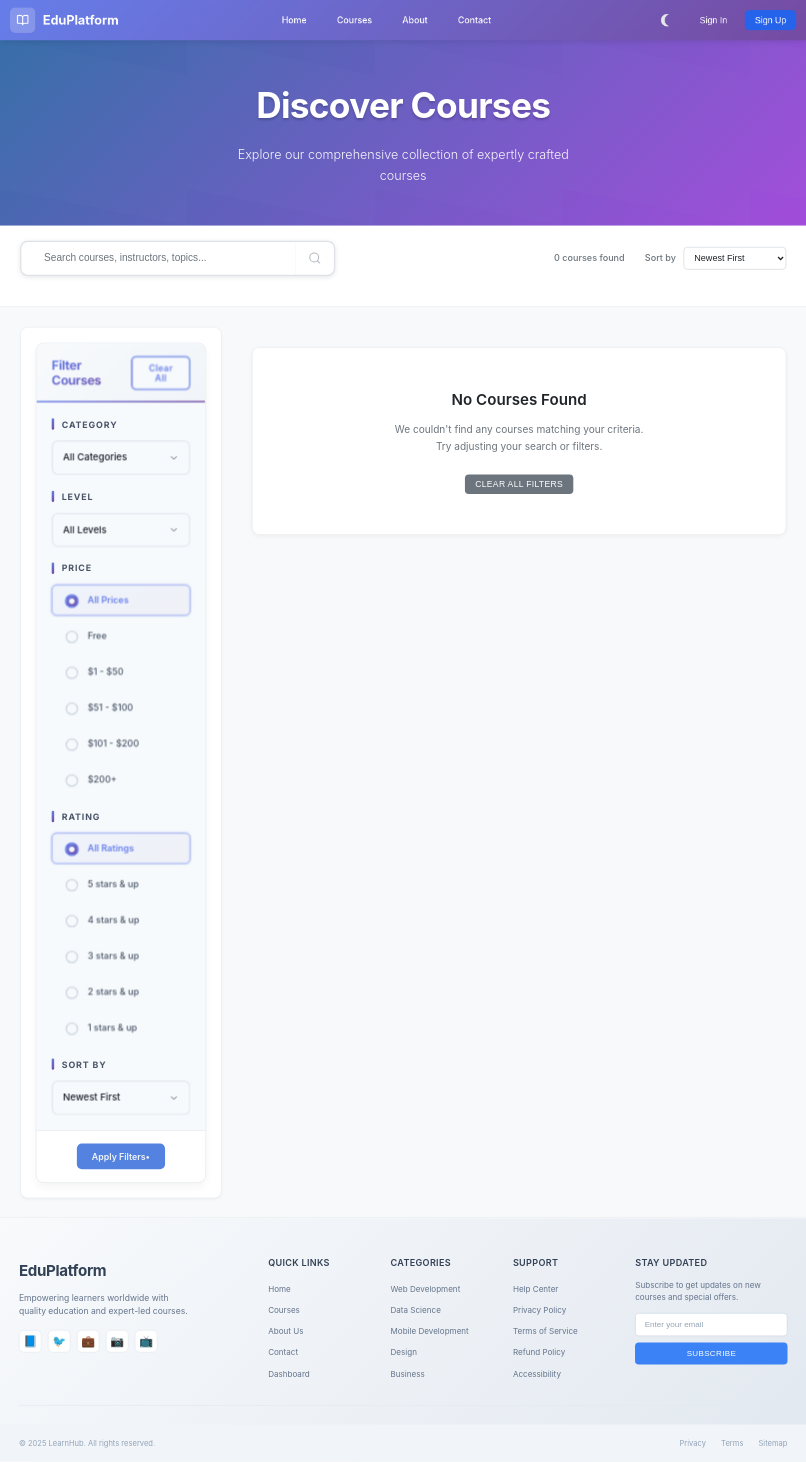
Repository: usama2132/E-Learning
Page: /#/courses (app in client/)
An editor plug-in stored every save of this project. The page is shown before and after the next save, followed by the edit.
The browser window is 1280 px wide. The pictures show the whole page, at 63% of full size.
The page's requests for data from a server got no answer. The project was rebuilt for these pictures with package versions that can differ from the ones it lists, and the page was loaded fresh each time. No one was signed in, and anything a server would have sent is missing. Also part of the build but not shown: client/craco.config.js, client/src/components/common/Sidebar.js, client/src/layouts/DashboardLayout.js, client/src/styles/components/Loading.css, client/src/components/common/Loading.js, client/src/components/common/ProtectedRoute.js, client/src/styles/components/ErrorBoundary.css, client/src/components/common/ErrorBoundary.js and 95 more.

Above is the page before, as saved 2025-09-03 03:36:50.

After the next save:
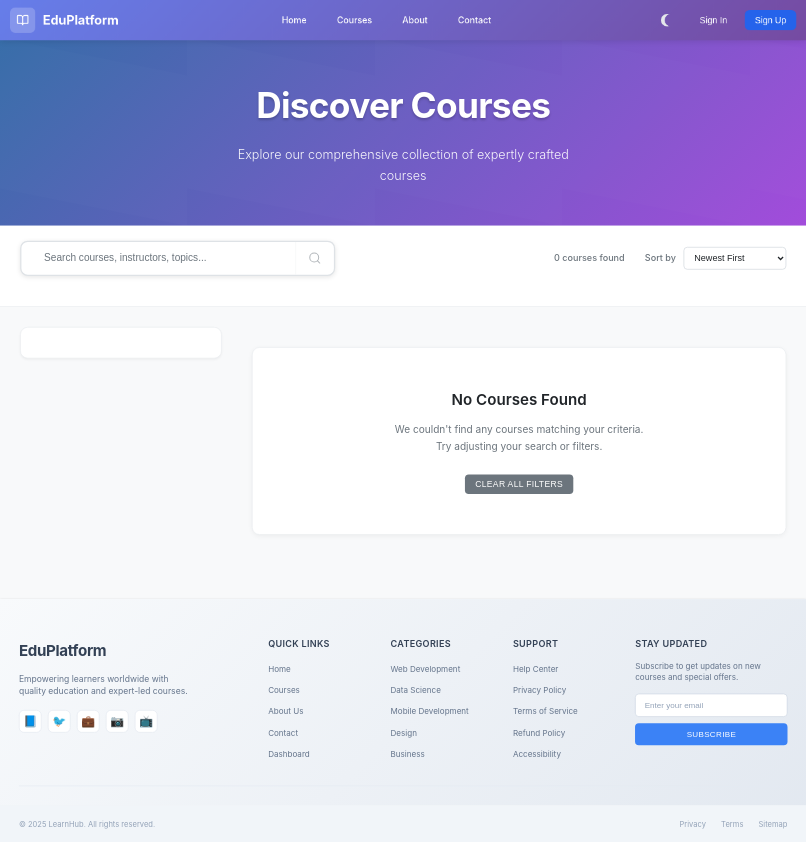
Saved 6 min 24 s later.
--- a/client/src/pages/Courses.js
+++ b/client/src/pages/Courses.js
@@ -3,7 +3,6 @@ import { useCourse } from '../context/CourseContext';
 import { useAuth } from '../hooks/useAuth';
 import { useTheme } from '../context/ThemeContext';
 import CourseCard from '../components/student/CourseCard';
-import CourseFilters from '../components/common/CourseFilters';
 import SearchBar from '../components/common/SearchBar';
 import Pagination from '../components/common/Pagination';
 import Loading from '../components/common/Loading';
@@ -376,12 +375,6 @@ const Courses = () => {
         {/* Filters Sidebar */}
         <aside className="courses-page__sidebar">
           <div className="courses-page__filters-container">
-            <CourseFilters
-              filters={filters}
-              onFilterChange={handleFilterChange}
-              categories={categories}
-              disabled={isLoading}
-            />
           </div>
         </aside>
 
